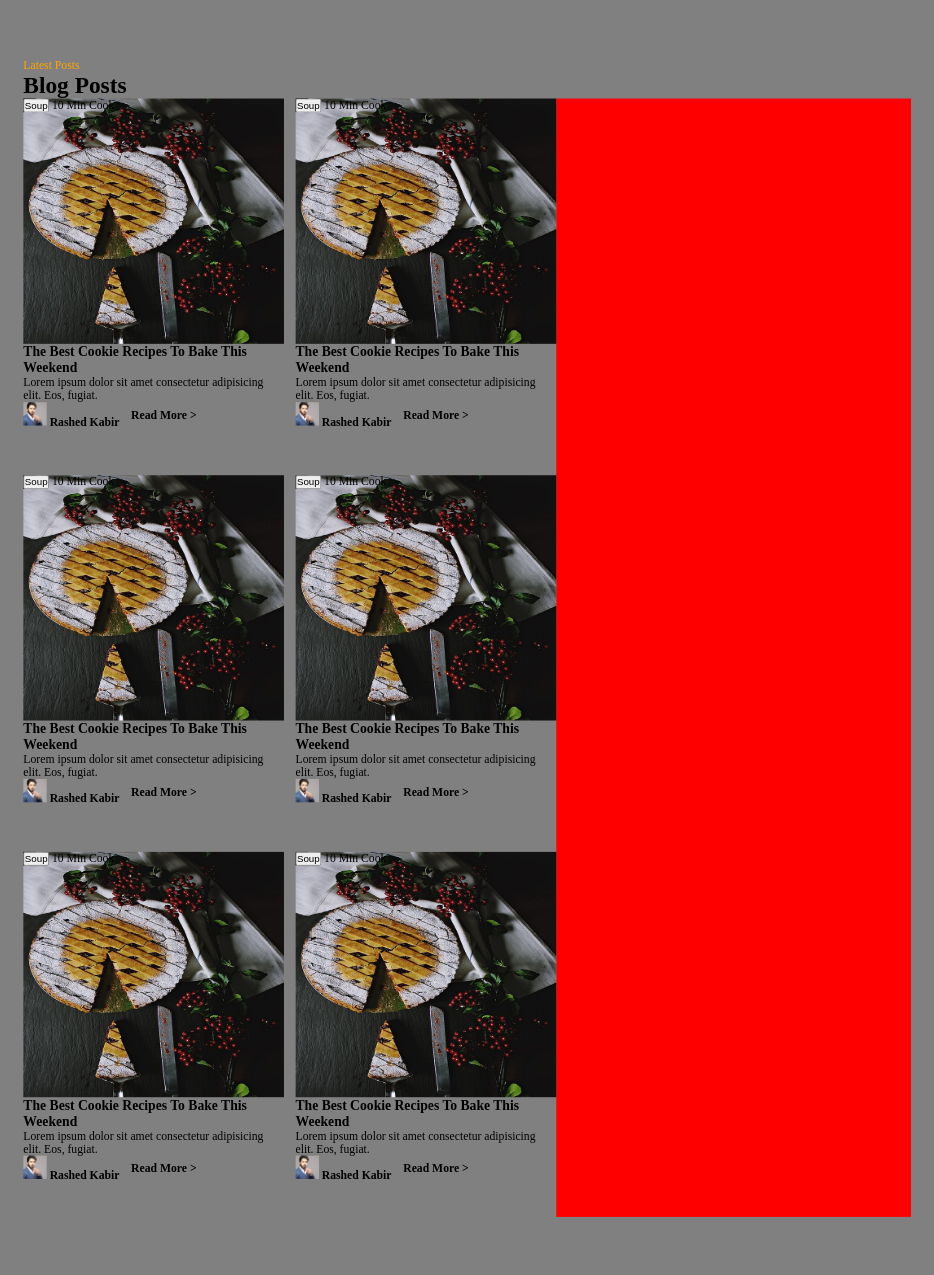
Repository: ngoctinvo/diner_project_cybersoft
Page: html/blog.html
An editor plug-in stored every save of this project. The page is shown before and after the next save, followed by the edit.
The browser window is 1280 px wide. The pictures show the whole page, at 73% of full size.
The style sheet was rebuilt from its Sass, Less or Tailwind sources for each picture, by a compiler version that may differ from the author's.

Above is the page before, as saved 2022-04-19 00:11:50.

After the next save:
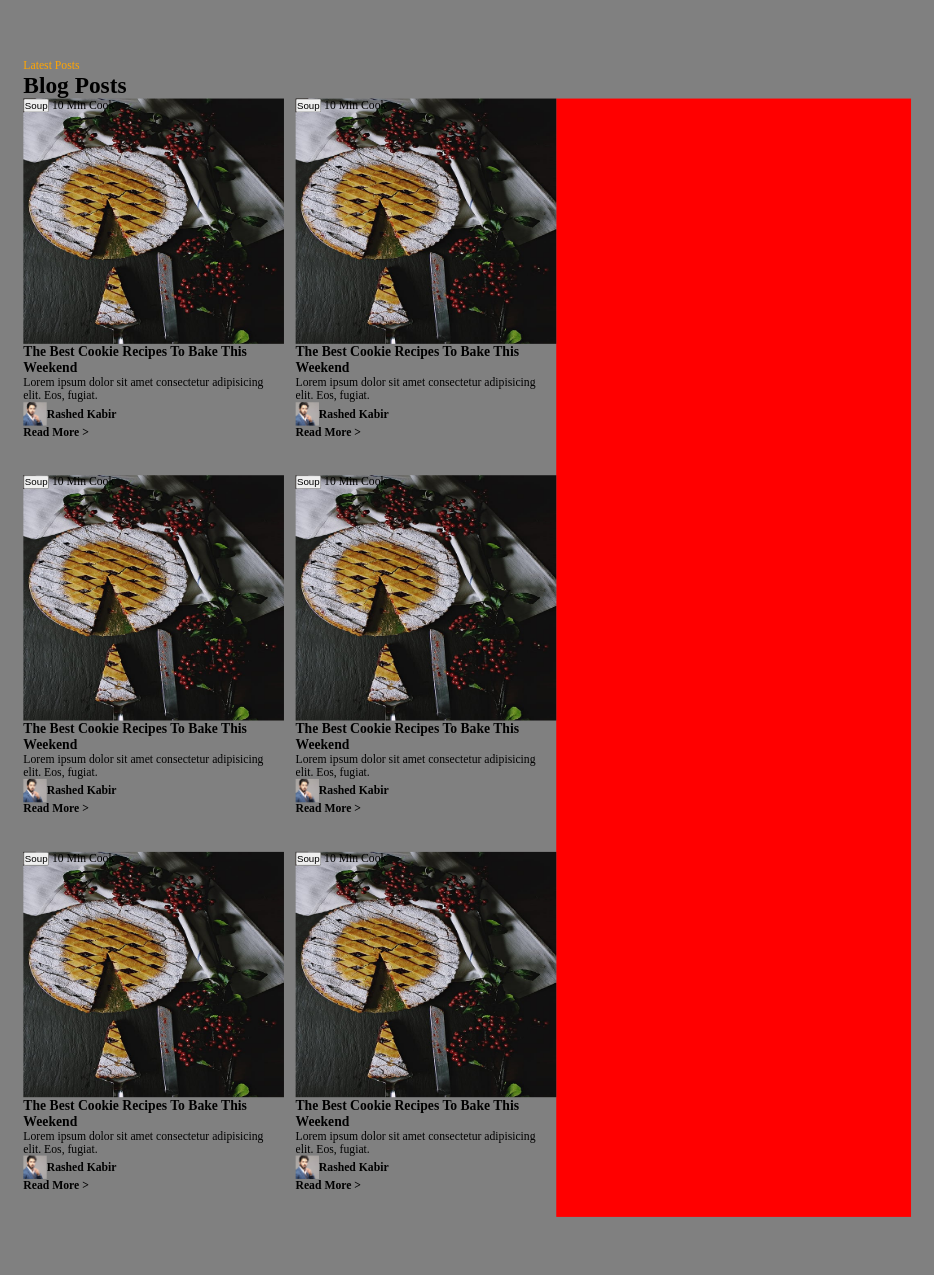
Saved 39 s later.
--- a/sass/blog.scss
+++ b/sass/blog.scss
@@ -47,9 +47,11 @@
                             }
                         }
                         .author {
-                            display: flex;
-                            flex-direction: row;
-                            align-items: center;
+                            a {
+                                display: flex;
+                                flex-direction: row;
+                                align-items: center;
+                            }
                             .author-info {
                                 display: flex;
                                 flex-direction: row;
